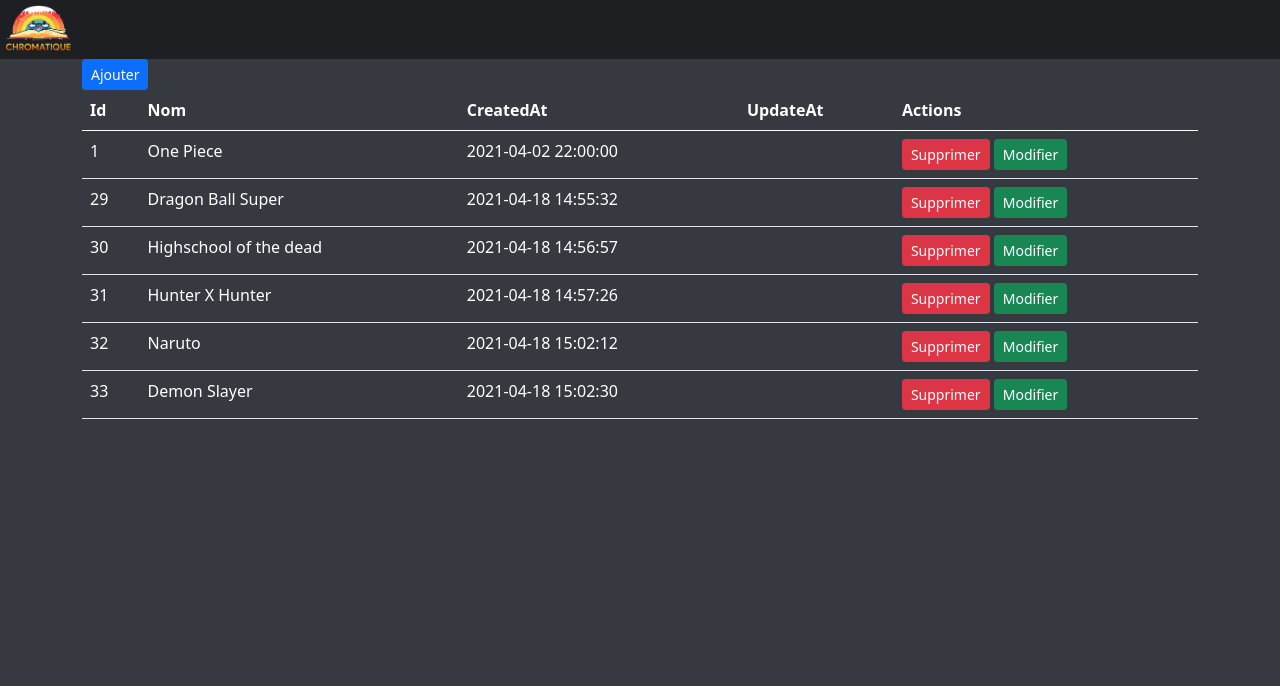
Repository: Codesieg/Chromatique
Page: http://localhost/admin
The author's editor kept a copy of each file at every save. The page is drawn from the files as they stood at one save, then again after the next save.
The browser window is 1280 px wide. The pictures show the whole page.
Some icons come from a web library that is not loaded, so they are not drawn. The page is served by the project's Laravel application, run on PHP 8.4 with Laravel 8. Other server files are loaded and not shown. The database holds what the project's SQL file puts in it.

Above is the page before, as saved 2021-04-18 08:18:04.

### chromatique/routes/web.php
<?php


use Illuminate\Support\Facades\Route;
use App\Http\Controllers\MangasController;
use App\Http\Controllers\TomesController;
use App\Http\Controllers\AdminMangasController;

/*
|--------------------------------------------------------------------------
| Web Routes
|--------------------------------------------------------------------------
|
| Here is where you can register web routes for your application. These
| routes are loaded by the RouteServiceProvider within a group which
| contains the "web" middleware group. Now create something great!
|
*/
//-------------- Route front ----------------
// Route::get('/', [MangasController::class,'browse'])->name('browse_mangas');

Route::get(
    '/',
    [MangasController::class, 'browse']
)->name('browse_manga');

Route::get(
    '/tome/{id}',
    [TomesController::class,'browse']
)->name('browse_tomes');

//-------------- Route back ----------------

Route::get(
    '/admin',
    [AdminMangasController::class, 'browse']
)->name('admin_browse_mangas');

Route::get(
    '/admin/add',
    [AdminMangasController::class, 'form']
)->name('admin_form_manga');

Route::post(
    '/admin/add',
    [AdminMangasController::class, 'add']
)->name('admin_add_manga');

Route::delete(
    '/admin/delete/{id}',
    [AdminMangasController::class, 'delete']
)->name('admin_delete_manga');

### chromatique/app/Http/Controllers/AdminMangasController.php
<?php

namespace App\Http\Controllers;

use App\Models\Mangas;
use Illuminate\Http\Request;
use App\Http\Controllers\Controller;
use Illuminate\Foundation\Auth\User;

class AdminMangasController extends Controller
{
    /**
     * Show all the mangas in database.
     *
     * @return App\Models\Mangas
     */
    public function browse()
    {
        $listManga = Mangas::all();

        return view('admin/browse', [
            'listMangas' => $listManga
        ]);
    }

    /**
     * Show the mangas by id.
     *
     * @return App\Models\Mangas
     */
    public function read($id)
    {
        return view('admin/details', [
            'manga' => Mangas::find($id)
        ]);
    }

    /**
     * Modify the mangas by id.
     *
     * @return App\Models\Mangas
     */
    public function edit($id)
    {
        return view('edit', [
            'manga' => Mangas::find($id)
        ]);
    }

    /**
     * Add a new manga.
     *
     *
     * @return void
     */
    public function form()
    {
        $uploaderList = User::All();
        // dd($uploaderList);

        return view('admin/form',
        ['uploaderList' => $uploaderList]
    );
    }

    /**
     * Show the application dashboard.
     *
     * @return \Illuminate\Http\Response
     */
    public function add(Request $request)
    {
        $mangaName = $request->input('mangaName');
        // $mangaJacket = $request->input('mangaJacket');
        $author = $request->input('author');
        $synopsis = $request->input('synopsis');
        $userId = $request->input('userId');

        $this->validate($request, [
                'mangaJacket' => 'required',
                'mangaJacket.*' => 'mimes:jpg,png'
        ]);
         // à la création d'un nouveua manga il faut créer un nouveau dossier
        // Récupérer le nom du fichier et le renomer

        if($request->hasfile('mangaJacket'))
        {
            $jacket = $request->file('mangaJacket');
            // dump($jacket->path());
            // dump($jacket->hashName());
            $name = '/' . $mangaName . '/' . $mangaName . '.' . $jacket->extension();
            // dump($name);

            $jacket->move(public_path().'/assets/mangas/'. ucfirst($mangaName), $name);
        }

        $file= new Mangas();
        $file->manga_name = $mangaName;
        $file->manga_jacket = ucfirst($name);
        $file->author = $author;
        $file->synopsis = $synopsis;
        $file->users_id = $userId ;
        $file->created_at = new \datetime();
        $file->save();

        return back()->with('success', 'Data Your files has been successfully added');
    }

    /**
     * DELETE a  manga.
     *
     * @return App\Models\Mangas
     */
    public function delete($id)
    {
        $manga = Mangas::find($id);

        if ($manga) {
            $manga::destroy($id);
            return $this->sendJsonResponse($id . " supprimer", 200);
        } else {
            return $this->sendEmptyResponse(500);
        }
    }

}

### chromatique/app/Models/Mangas.php
<?php

namespace App\Models;

use Illuminate\Database\Eloquent\Factories\HasFactory;
use Illuminate\Database\Eloquent\Model;

class Mangas extends Model
{
    use HasFactory;
    protected $fillable = [
        'manga_name',
        'manga_jacket',
        'author',
        'synopsis',
        'manga_banner',
        'users_id',
    ];
}

### chromatique/resources/views/admin/browse.blade.php
@extends ('admin/layout')

@section('contenu')

<div class="container">
    <div class="add">
        <button type="button" class="btn btn-primary btn-sm"><a class="text-decoration-none text-white" href="{{route('admin_form_manga')}}">Ajouter</a></button>
    </div>

    <div class="col-12">
        <table class="table">
            <thead>
            <tr>
                <th class="text-white">Id</th>
                <th class="text-white">Nom</th>
                <th class="text-white">CreatedAt</th>
                <th class="text-white">UpdateAt</th>
                <th class="text-white">Actions</th>
            </tr>
            </thead>
            <tbody>
            @foreach ($listMangas as $manga)
            <tr>
                <td class="text-white">{{$manga->id}}</td>
                <td class="text-white">{{$manga->manga_name}}</td>
                <td class="text-white">{{$manga->created_at}}</td>
                <td class="text-white">{{$manga->update_at}}</td>
                <td>
                    <button type="button" class="btn btn-danger btn-sm text-decoration-none text-white"><a class="text-decoration-none text-white" href="{{route('admin_delete_manga', ['id' => $manga->id])}}">Supprimer</a></button>
                    <button type="button" class="btn btn-success btn-sm text-decoration-none text-white"><a class="text-decoration-none text-white"  href="">Modifier</a></button>
                </td>
            </tr>
            @endforeach
            </tbody>
        </table>
    </div>
</div>
@endsection

### chromatique/resources/views/admin/layout.blade.php
<!DOCTYPE html>
<html lang="fr">

<head>
    <meta charset="UTF-8">
    <meta http-equiv="X-UA-Compatible" content="IE=edge">
    <meta name="viewport" content="width=device-width, initial-scale=1.0">
    <title>Chromatique</title>
    <link rel="stylesheet" href="https://maxst.icons8.com/vue-static/landings/line-awesome/line-awesome/1.3.0/css/line-awesome.min.css">
    <link href="https://cdn.jsdelivr.net/npm/bootstrap@5.0.0-beta3/dist/css/bootstrap.min.css" rel="stylesheet" integrity="sha384-eOJMYsd53ii+scO/bJGFsiCZc+5NDVN2yr8+0RDqr0Ql0h+rP48ckxlpbzKgwra6" crossorigin="anonymous">
    <link rel="stylesheet" href="<?= asset('assets/css/style.css') ?>">
</head>

<header>
    <div class="infos-menu">
        <div class="wrapper-menu">
            <a href="{{route('browse_manga')}}"><img id="logo" src="<?= asset('assets/img/logo.png') ?>" alt="logo"></a>
            <a href="https://discord.gg/3HH8Usj"><i class="lab la-3x la-discord white"></i></a>
            <a href="#"><i class="lab la-3x la-telegram white"></i></a>
            <a href="#"><i class="las la-3x la-info-circle white"></i></a>
        </div>
    </div>
</header>
<body>
    <!-- wrap -->

    @yield('contenu')



</body>
<script src="https://cdn.jsdelivr.net/npm/bootstrap@5.0.0-beta3/dist/js/bootstrap.bundle.min.js" integrity="sha384-JEW9xMcG8R+pH31jmWH6WWP0WintQrMb4s7ZOdauHnUtxwoG2vI5DkLtS3qm9Ekf" crossorigin="anonymous"></script>
</html>

### chromatique/public/assets/css/style.css
body {
    margin: 0;
    background-color: #36393F;
}

#logo {
    width: 10%;
    margin: 5px 5px 5px 5px;
}

.infos-menu {
    display: flex;
    align-items: center;
    justify-content: space-between;
    background-color: #1e1f22;
    position: sticky;
    top: 0.1px;
    z-index: 9999;
}

.infos-menu i {
    margin-left: 2px;
}

.wrapper-menu {
    display: flex;
    align-items: center;
}

.la-eye {
    margin: 0 10px 0 0;
}

.search {
    position: relative;
    margin: 10px 0 0 0;
    float: left;
    top: 50px;
    right: 50px;
}

.field {
    border: 0 !important;
    width: 100% !important;
    height: 100% !important;
    padding: 10px 20px !important;
    background: white !important;
    border-radius: 3px !important;
    box-shadow: 0px 8px 15px rgba(75, 72, 72, 0.1) !important;
    -webkit-transition: all 0.4s ease !important;
    transition: all 0.4s ease !important;
}

.login {
    display: flex;
    align-items: center;
    margin: 0 20px 0 0px;
}

.login a {
    margin: 0 5px 0 5px;
    text-decoration: none;
    font-size: 1.5em;
    color: #fff;
    padding: 5px 5px 5px 5px;
}

.dropdown-login {
    position: relative;
    display: inline-block;
    margin: 0 0 0 50px;
}

.dropdown-login:hover .dropdown-content {
    display: flex;
    flex-direction: column;
}

.dropdown-content {
    display: none;
    position: absolute;
    background-color: #1e1f22;
    min-width: 260px;
    top: 85%;
    right: 5%;
    box-shadow: 0px 8px 16px 0px rgba(0, 0, 0, 0.2);
    padding: 30px 8px 16px 8px;
    z-index: 1;
}

.white {
    color: #ffff;
}

p {
    color: white;
}

h1 {
    font-size: 1.5em;
    text-align: center;
    padding: 10px 0 0 0;
}

.main {
    width: 80%;
    margin: 20px auto;
    display: flex;
    justify-content: center;
}

.content {
    display: flex;
    flex-direction: column;
}

.hot {
    border-bottom: solid #DCDDDE 1px;
    color: #DCDDDE;
    font-size: 1.8em;
    padding: 0 0 5px 0;
}

.cards {
    display: flex;
    justify-content: center;
    align-self: center;
    flex-wrap: wrap;
    width: 60%;
}

.card {
    background-color: #1e1f22;
    margin: 10px;
    padding: 10px;
    display: flex;
    flex-direction: column;
}

.card p {
    text-align: center;
    margin: 7px 0 0 0;
}

.stats {
    display: flex;
    margin: 10px 0 10px 0;
}

.views {
    display: flex;
}

.resume {
    width: 75%;
    margin: 5px 0 0 0;
    font-size: 1.2em;
    font-family: 'Lucida Sans', 'Lucida Sans Regular', 'Lucida Grande', 'Lucida Sans Unicode', Geneva, Verdana, sans-serif;
}

.cover {
    width: 290px;
    height: 450px;
    display: flex;
    align-self: center;
}

.main-cover {
    position: relative;
    float: right;
    top: 50px;
    left: 100px;
}


/*  Détails page */

### Docs/chromatique.sql (the tables this page reads)
CREATE TABLE IF NOT EXISTS `mangas` (
  `id` int(10) UNSIGNED NOT NULL AUTO_INCREMENT,
  `manga_name` varchar(45) DEFAULT NULL COMMENT 'Nom du manga',
  `author` varchar(45) DEFAULT NULL COMMENT 'Auteur du manga',
  `synopsis` mediumtext COMMENT 'Résumé du manga',
  `manga_jacket` varchar(255) NOT NULL COMMENT 'Couverture du manga',
  `manga_banner` varchar(45) DEFAULT NULL COMMENT 'bannière de page du manga',
  `manga_directory` varchar(60) DEFAULT NULL,
  `home_order` int(11) DEFAULT '0',
  `created_at` timestamp NULL DEFAULT NULL,
  `updated_at` timestamp NULL DEFAULT NULL,
  `users_id` int(10) UNSIGNED NOT NULL,
  `chapter_id` int(11) NOT NULL,
  PRIMARY KEY (`id`,`users_id`),
  UNIQUE KEY `id_UNIQUE` (`id`),
  KEY `fk_mangas_users1_idx` (`users_id`)
) ENGINE=InnoDB AUTO_INCREMENT=34 DEFAULT CHARSET=utf8;

INSERT INTO `mangas` (`id`, `manga_name`, `author`, `synopsis`, `manga_jacket`, `manga_banner`, `manga_directory`, `home_order`, `created_at`, `updated_at`, `users_id`, `chapter_id`) VALUES
(1, 'One Piece', NULL, NULL, '/tome_93/tome-93.jpg', NULL, '/One_Piece', 0, '2021-04-02 22:00:00', NULL, 1, 0),
(29, 'Dragon Ball Super', NULL, NULL, '/Dragon Ball Super/Dragon Ball Super.jpg', NULL, NULL, 0, '2021-04-18 14:55:32', '2021-04-18 14:55:32', 1, 0),
(30, 'Highschool of the dead', NULL, NULL, '/Highschool of the dead/Highschool of the dead.jpg', NULL, NULL, 0, '2021-04-18 14:56:57', '2021-04-18 14:56:57', 1, 0),
(31, 'Hunter X Hunter', NULL, NULL, '/Hunter X Hunter/Hunter X Hunter.jpg', NULL, NULL, 0, '2021-04-18 14:57:26', '2021-04-18 14:57:26', 1, 0),
(32, 'Naruto', NULL, NULL, '/Naruto/Naruto.jpg', NULL, NULL, 0, '2021-04-18 15:02:12', '2021-04-18 15:02:12', 1, 0),
(33, 'Demon Slayer', NULL, NULL, '/Demon Slayer/Demon Slayer.jpg', NULL, NULL, 0, '2021-04-18 15:02:30', '2021-04-18 15:02:30', 1, 0);

ALTER TABLE `mangas`
  ADD CONSTRAINT `fk_mangas_users1` FOREIGN KEY (`users_id`) REFERENCES `users` (`id`) ON DELETE NO ACTION ON UPDATE NO ACTION;

Loaded but not shown: chromatique/app/Providers/AppServiceProvider.php (common file); chromatique/app/Http/Controllers/Controller.php (common file)

After the next save:
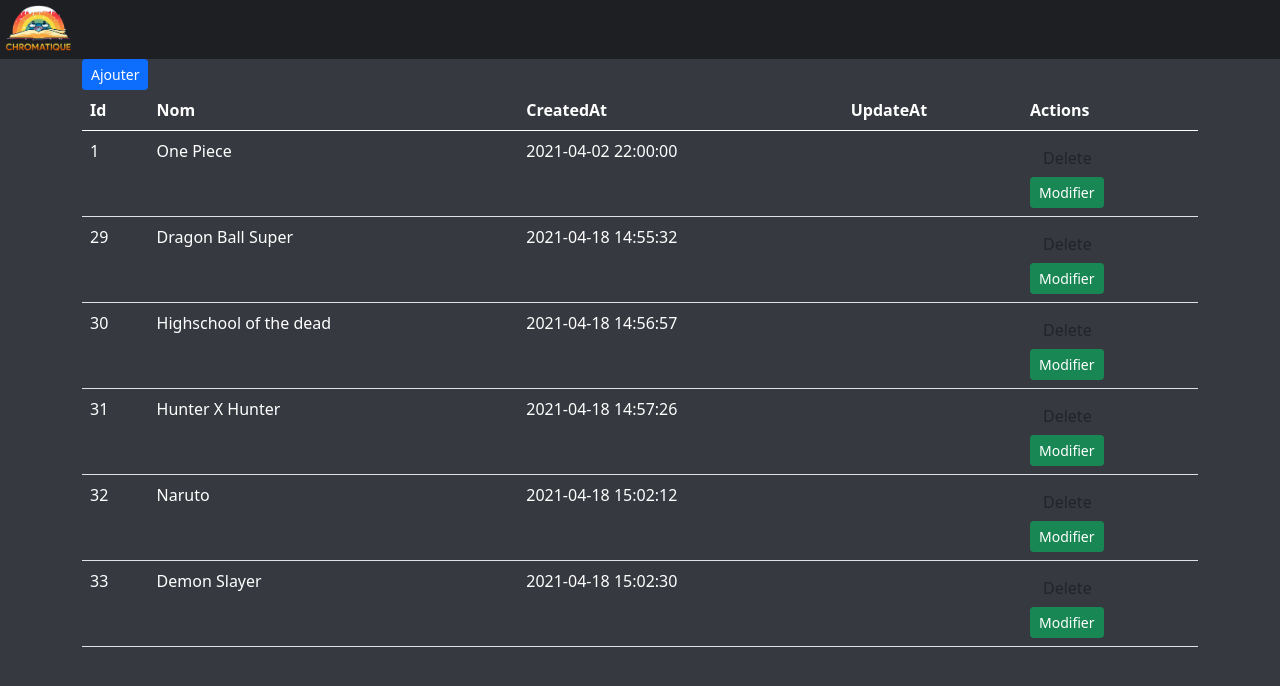
Saved 23 min 0 s later.
--- a/chromatique/resources/views/admin/browse.blade.php
+++ b/chromatique/resources/views/admin/browse.blade.php
@@ -26,7 +26,14 @@
                 <td class="text-white">{{$manga->created_at}}</td>
                 <td class="text-white">{{$manga->update_at}}</td>
                 <td>
-                    <button type="button" class="btn btn-danger btn-sm text-decoration-none text-white"><a class="text-decoration-none text-white" href="{{route('admin_delete_manga', ['id' => $manga->id])}}">Supprimer</a></button>
+                    {{-- <button type="button" class="btn btn-danger btn-sm text-decoration-none text-white"><a class="text-decoration-none text-white" href="{{route('admin_delete_manga', ['id' => $manga->id])}}">Supprimer</a></button> --}}
+
+                    <form action="{{route('admin_delete_manga', ['id' => $manga->id])}}" method="post">
+                        <input class="btn btn-default" type="submit" value="Delete" />
+                        <input type="hidden" name="_method" value="delete" />
+                        <input type="hidden" name="_token" value="{{ csrf_token() }}">
+                    </form>
+
                     <button type="button" class="btn btn-success btn-sm text-decoration-none text-white"><a class="text-decoration-none text-white"  href="">Modifier</a></button>
                 </td>
             </tr>
